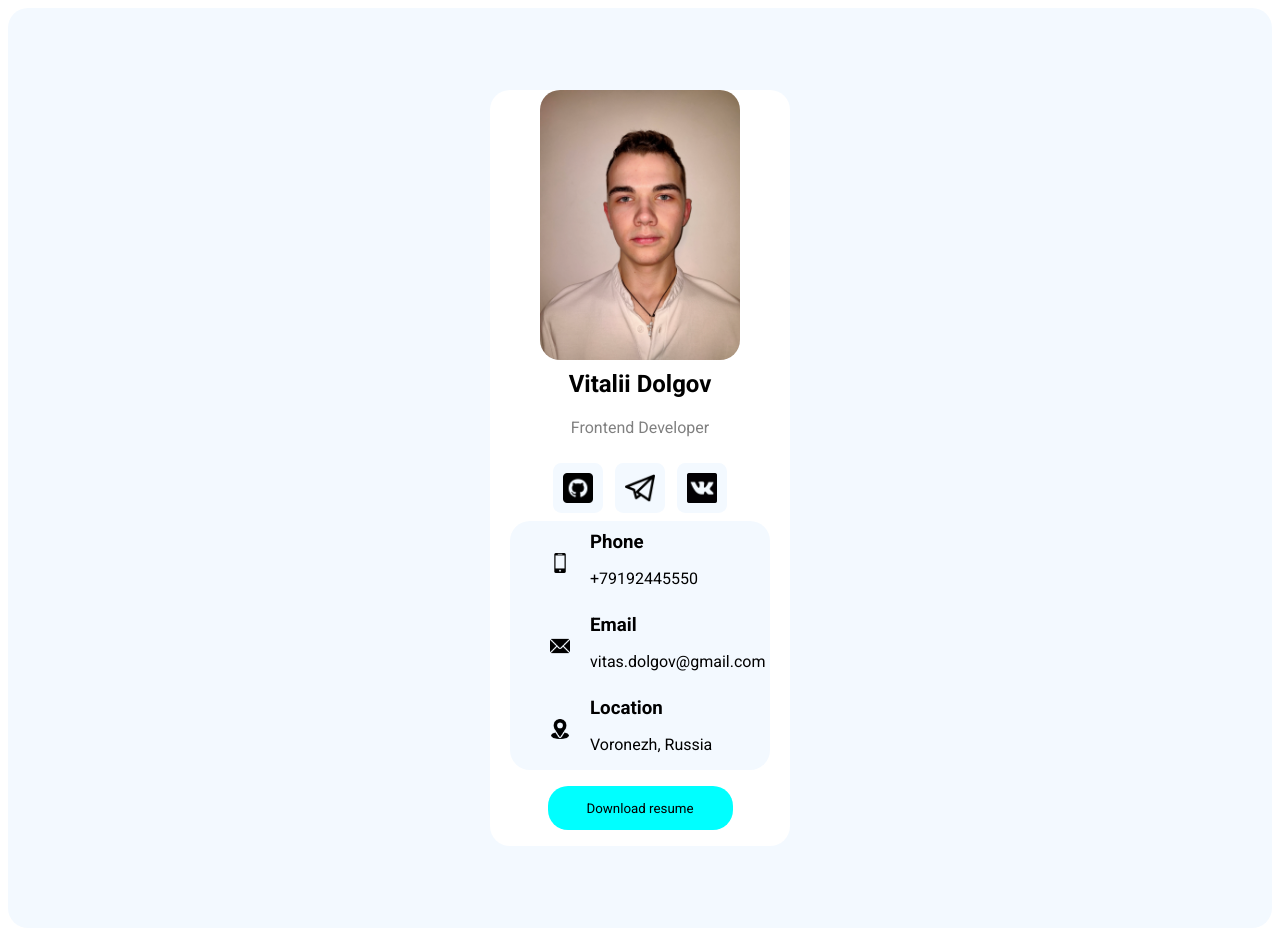
Repository: VitasYo/User_card
Page: src/index.html
These files come from the project's save history. The page is drawn as it stood at one moment and after the next save; the edit follows.
The browser window is 1280 px wide. The pictures show the whole page.

Above is the page before, as saved 2024-04-09 23:42:21.

### src/index.html
<!DOCTYPE html>
<html lang="ru">
  <head>
    <meta charset="UTF-8" />
    <meta name="viewport" content="width=device-width, initial-scale=1.0" />
    <title>First html</title>
    <link rel="stylesheet" href="../assets/css/index.css" />
    <script src="script.js"></script>
  </head>
  <body>
    <section class="container">
      <div class="container_card">
        <img class="avatar" src="../assets/img/Фото.jpg" alt="" />
        <div class="user-info">
          <h1>Vitalii Dolgov</h1>
          <div class="position">Frontend Developer</div>
        </div>
        <div>
          <a href="#"
            ><img class="icon" src="../assets/img/github.png" alt="github"
          /></a>
          <a href="#"
            ><img class="icon" src="../assets/img/telegram.png" alt="telegram"
          /></a>
          <a href="#"
            ><img class="icon" src="../assets/img/vk.png" alt="vk"
          /></a>
        </div>
        <div class="items_card">
          <div class="items_string">
            <img class="card_icon" src="../assets/img/phone.png" />
            <div class="card_info">
              <div><h3>Phone</h3></div>
              <div><p>+79192445550</p></div>
            </div>
          </div>
          <div class="items_string">
            <img class="card_icon" src="../assets/img/email.png" />
            <div class="card_info">
              <div><h3>Email</h3></div>
              <div><p>vitas.dolgov@gmail.com</p></div>
            </div>
          </div>
          <div class="items_string">
            <img class="card_icon" src="../assets/img/location.png" />
            <div class="card_info">
              <div><h3>Location</h3></div>
              <div><p>Voronezh, Russia</p></div>
            </div>
          </div>
        </div>
        <button class="button">Download resume</button>
      </div>
    </section>
  </body>
</html>

### assets/css/index.css
@import url("https://fonts.googleapis.com/css2?family=Roboto:ital,wght@0,100;0,300;0,400;0,500;0,700;0,900;1,100;1,300;1,400;1,500;1,700;1,900&display=swap");
* {
  font-family: "Roboto", sans-serif;
}

.container h1 {
  margin-top: 10px;
  margin-bottom: 0;
}

.container h3 {
  margin-top: 10px;
  margin-bottom: 0;
}

.container {
  display: flex;
  flex-direction: column;
  align-items: center;
  background-color: rgb(243, 249, 255);
  border-radius: 20px;
  height: 920px;
  justify-content: center;
}

.container_card {
  display: flex;
  flex-direction: column;
  align-items: center;
  background-color: white;
  border-radius: 20px;
  width: 300px;
}

.position {
  color: gray;
  margin-top: 10px;
}

.avatar {
  width: 200px;
  height: 270px;
  border-radius: 20px;
}

.user-info {
  margin-bottom: 22px;
  display: flex;
  flex-direction: column;
  align-items: center;
  gap: 10px;
}

.icon {
  width: 30px;
  height: 30px;
  padding: 10px;
  background-color: rgb(243, 249, 255);
  border-radius: 8.27px;
  margin: 4px;
}

.card_icon {
  width: 20px;
  height: 20px;
  padding: 10px;
}

.items_card {
  background-color: rgb(243, 249, 255);
  border-radius: 20px;
  width: 260px;
}

.items_string {
  justify-content: center;
  align-items: center;
  display: flex;
  border-bottom: 1px;
  border-width: 1px;
}

.card_info {
  margin-left: 10px;
  font-size: 16px;
  width: 150px;
}

.button {
  margin: 16px 0;
  background-color: aqua;
  border-radius: 20px;
  border-width: 0;
  width: 185px;
  height: 44px;
  cursor: pointer;
}

Loaded but not shown: src/script.js (no stored copy; drawn as an empty file)

After the next save:
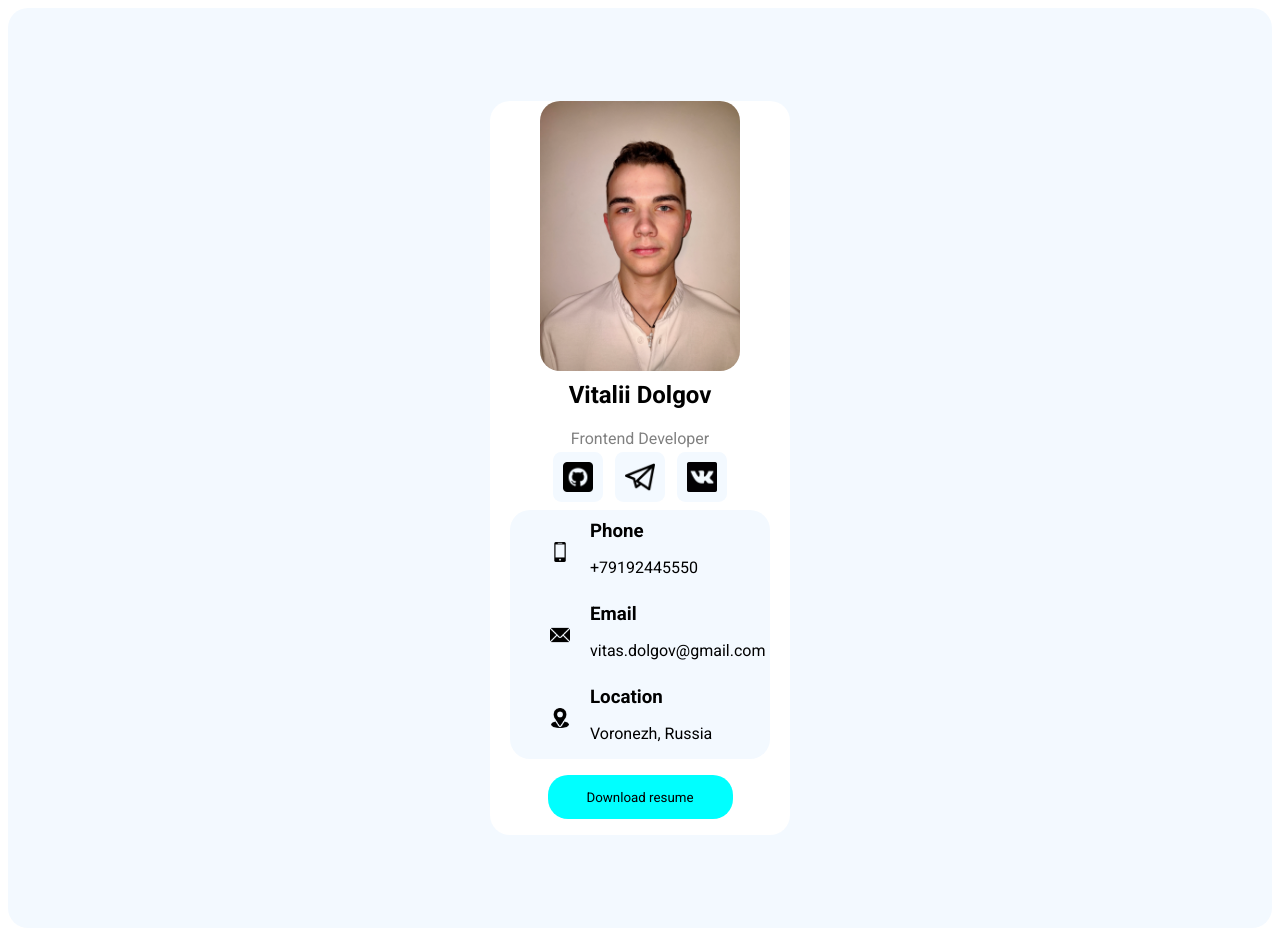
Saved 57 s later.
--- a/assets/css/index.css
+++ b/assets/css/index.css
@@ -44,7 +44,6 @@
 }
 
 .user-info {
-  margin-bottom: 22px;
   display: flex;
   flex-direction: column;
   align-items: center;
